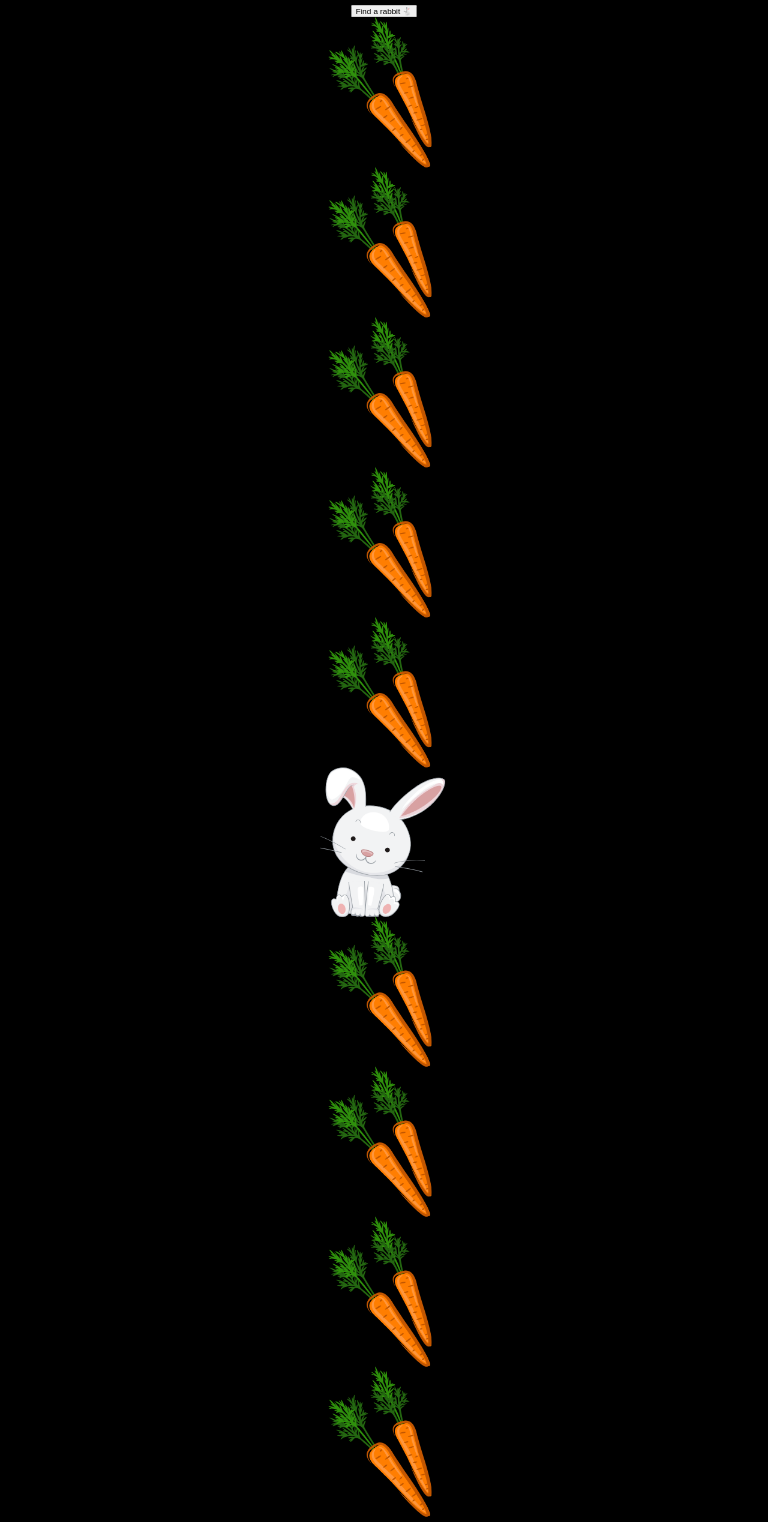
Repository: woojinShim/Browser-Study
Page: rabbits/index.html
These files come from the project's save history. The page is drawn as it stood at one moment and after the next save; the edit follows.
The browser window is 1280 px wide. The pictures show the whole page, at 60% of full size.

Above is the page before, as saved 2022-02-03 00:26:45.

### rabbits/index.html
<!DOCTYPE html>
<html lang="en">
  <head>
    <meta charset="UTF-8" />
    <meta name="viewport" content="width=device-width, initial-scale=1.0" />
    <title>Scroll</title>
    <style>
      body {
        background-color: black;
        text-align: center;
      }

      img {
        display: block;
        margin: auto;
      }

      button {
        outline: none;
      }
    </style>
  </head>
  <body>
    <button>Find a rabbit 🐇</button>
    <img src="img/carrot.png" alt="">
    <img src="img/carrot.png" alt="">
    <img src="img/carrot.png" alt="">
    <img src="img/carrot.png" alt="">
    <img src="img/carrot.png" alt="">
    <img id="rabbit" src="img/rabbit.png" alt="rabbit">
    <img src="img/carrot.png" alt="">
    <img src="img/carrot.png" alt="">
    <img src="img/carrot.png" alt="">
    <img src="img/carrot.png" alt="">
    <script></script>
  </body>
</html>

After the next save:
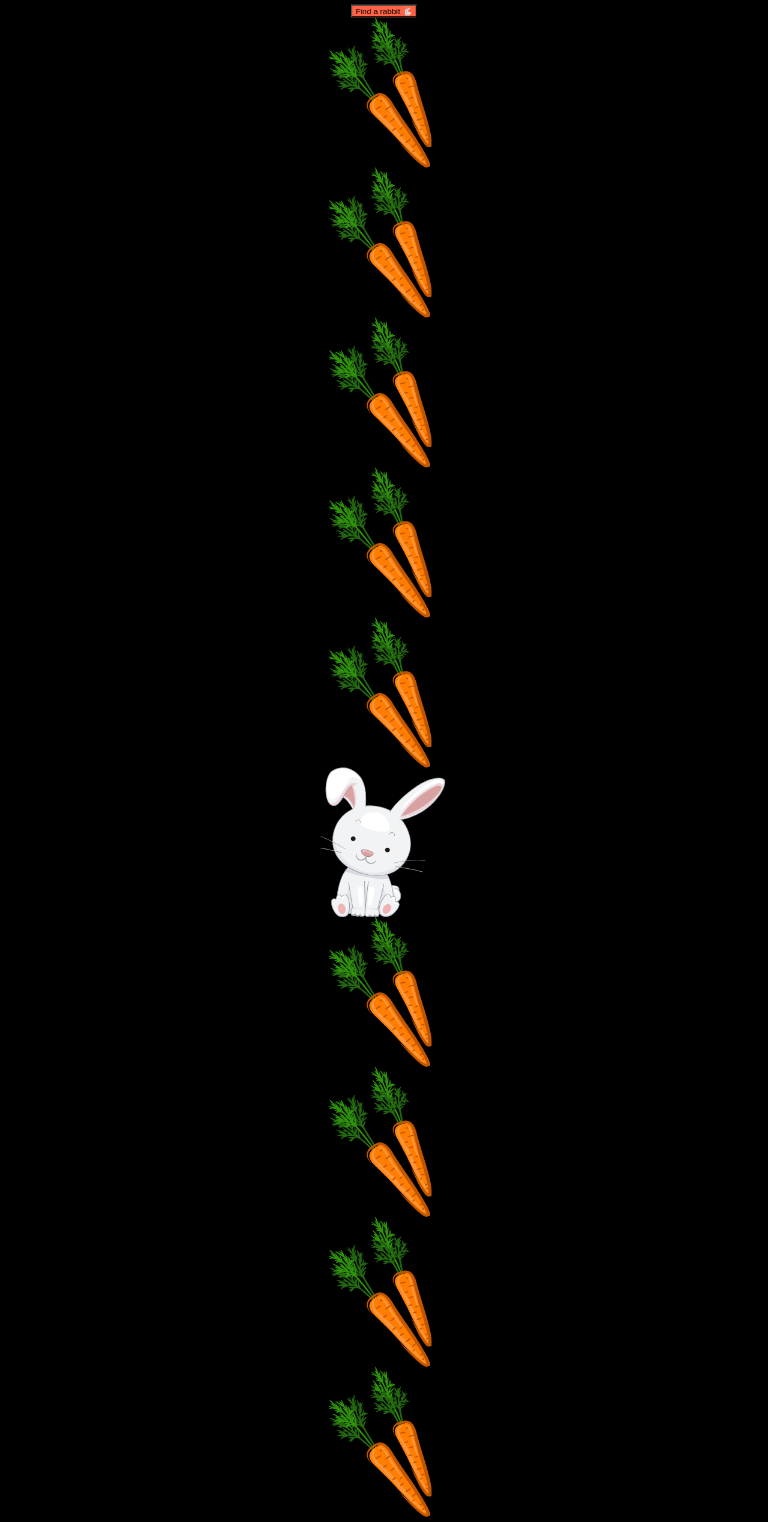
Saved 14 s later.
--- a/rabbits/index.html
+++ b/rabbits/index.html
@@ -17,6 +17,7 @@
 
       button {
         outline: none;
+        background-color: tomato;
       }
     </style>
   </head>
